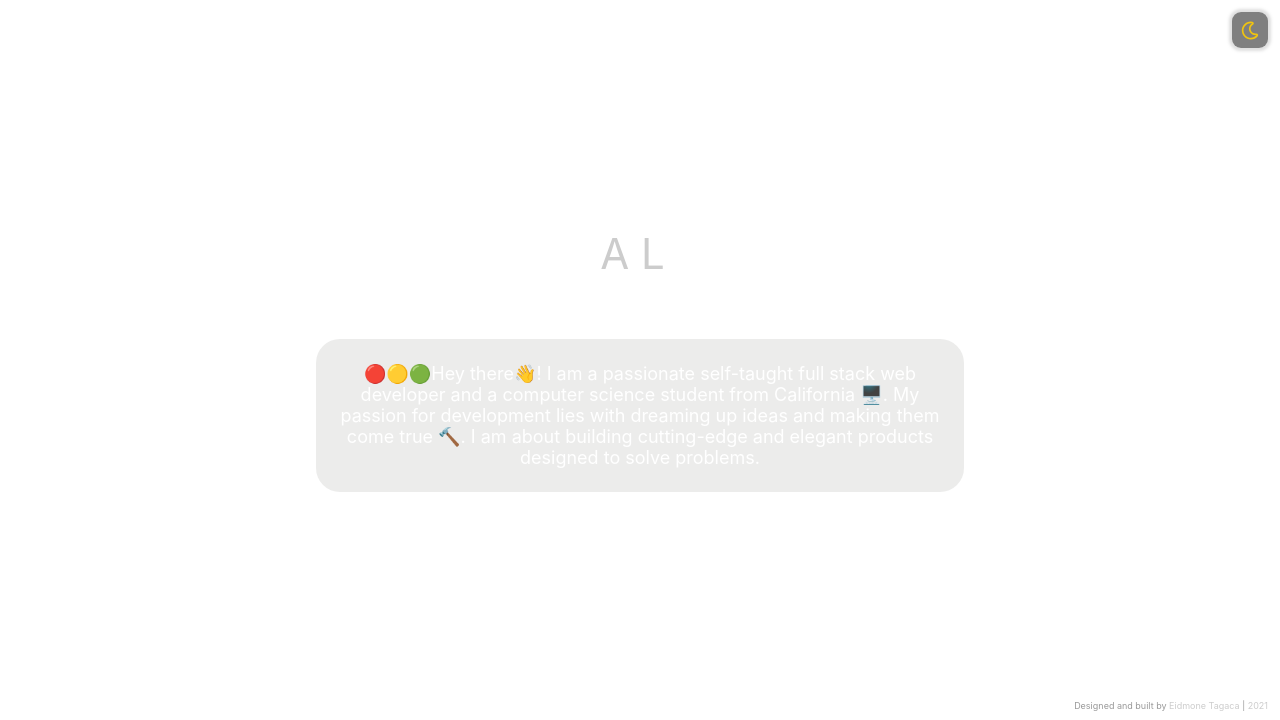
Repository: Tagaca19e/ET
Page: /
The author's editor kept a copy of each file at every save. The page is drawn from the files as they stood at one save, then again after the next save.
The browser window is 1280 px wide. The pictures show the whole page.
The project was rebuilt for these pictures with package versions that can differ from the ones it lists, and the page was loaded fresh each time. Also part of the build but not shown: src/icons/Sun.jsx, src/icons/Resume.jsx.

Above is the page before, as saved 2021-07-22 23:40:08.

### public/index.html
<!DOCTYPE html>
<html lang="en">
  <head>
    <meta charset="utf-8" />

    <!-- <meta name="title" property="og:title" content="Adam Alston" />
    <meta
      name="description"
      property="og:description"c
      content="Source: https://github.com/adamalston/v2"
    />

    <meta property="og:site_name" content="Personal Website" />
    <meta property="og:url" content="http://www.adamalston.com/" />
    <meta property="og:locale" content="en_US" />
    <meta property="og:image" content="https://git.io/JUWDe" />
    <meta property="og:image:type" content="image/png" />
    <meta property="og:image:width" content="1280" />
    <meta property="og:image:height" content="640" />
    <meta property="og:image:alt" content="adamalston.com" />
    <meta property="og:type" content="website" /> -->

    <link rel="icon" href="%PUBLIC_URL%/favicon.svg" />
    <link rel="canonical" href="https://adamalston.com" />
    <link rel="apple-touch-icon" href="%PUBLIC_URL%/favicon.svg" />
    <link rel="manifest" href="%PUBLIC_URL%/manifest.webmanifest" />

    <title>Eidmone</title>
  </head>
  <body>
    <noscript>
      Enable JavaScript to see this website.
      <a href="https://github.com/Tagaca19e/ET"> Source</a>
    </noscript>
    <div id="root"></div>
  </body>
</html>

### src/App/App.jsx
import React from "react";

import { ThemeProvider } from "./AppContext";
import { Toggle, Content, Buttons, Footer, Particles } from "./../components";
import "./app.scss";

const App = () => {
  return (
    <ThemeProvider>
      <div className="app">
        <Toggle />
        <Content />
        <Buttons />
        <Footer />
        <Particles />
      </div>
    </ThemeProvider>
  );
};

export default App;

### src/App/AppContext.jsx
import React, { createContext } from 'react';

import usePersistentState from './../hooks/PersistentState';
import { dark, light } from '../themes/Theme';

export const AppContext = createContext({
  isDark: Boolean,
  setIsDark: () => {},
});

export const ThemeProvider = ({ children }) => {
  const [isDark, setIsDark] = usePersistentState('theme', true); // default: dark mode
  const theme = isDark ? dark : light;

  const isMobile = window.matchMedia('(max-device-width: 820px) and (-webkit-min-device-pixel-ratio: 2)').matches;

  return <AppContext.Provider value={{ isDark, setIsDark, theme, isMobile }}>{children}</AppContext.Provider>;
};

### src/components/index.jsx
export * from "./Toggle";
export * from "./Content";
export * from "./Buttons";
export * from "./Footer";
export * from "./Particles";

### src/App/app.scss
html {
  overflow: hidden;
  font-size: 12px;
  font-family: -apple-system, BlinkMacSystemFont, 'Helvetica Neue', 'Segoe UI', Roboto, Oxygen, Ubuntu, Cantarell, 'Open Sans', sans-serif;
}

body {
  margin: 0;
  padding: 0;
  -webkit-font-smoothing: antialiased;
  -moz-osx-font-smoothing: grayscale;
}

.app {
  margin: 0;
  width: 100vw;
  height: 100vh;
  display: flex;
  flex-direction: column;
  align-items: center;
  justify-content: center;
  text-align: center;
}

### src/hooks/PersistentState.jsx
import { useEffect, useState } from 'react';

const usePersistentState = (key, defaultValue) => {
  const [state, setState] = useState(() => {
    const persistentState = localStorage.getItem(key);
    return persistentState ? JSON.parse(persistentState) : defaultValue;
  });

  useEffect(() => {
    window.localStorage.setItem(key, JSON.stringify(state));
  }, [state, key]);

  return [state, setState];
};

export default usePersistentState;

### src/themes/Theme.jsx
export const dark = {
  key: 'dark',
  primaryTextColor: '#FFF',
  secondaryTextColor: '#CCC',
  tertiaryTextColor: '#999',
  background: '#000',
  shadowColor: 'rgba(0, 0, 0, 0.5)',
};

export const light = {
  key: 'light',
  primaryTextColor: '#000',
  secondaryTextColor: '#333',
  tertiaryTextColor: '#777',
  background: '#FFF',
  shadowColor: 'rgba(255, 255, 255, 0.5)',
};

### src/components/Toggle.jsx
import React, { useContext } from 'react';
import styled from 'styled-components';

import { AppContext } from './../App/AppContext';
import { Moon, Sun } from './../icons';

const T = {
  Container: styled.main`
    position: fixed;
    z-index: 1;
    top: 1rem;
    right: 1rem;
    display: flex;
    flex: 1;
    align-items: center;
    justify-content: center;

    :active {
      -webkit-transform: scale(0.9);
      transform: scale(0.9);
    }
  `,
  Toggle: styled.input`
    display: none;
  `,
  Switch: styled.label`
    cursor: pointer;
    display: flex;
    width: 1.5rem;
    height: 1.5rem;
    padding: 0.75rem;
    background-color: ${({ theme }) => theme.shadowColor};
    border-radius: 25%;
    box-shadow: 0 0 0.25rem 0.25rem rgba(128, 128, 128, 0.25);
    align-items: center;
    justify-content: center;
    transition: background-color 0.5s linear;
    font-size: 0.5rem;
  `,
};

export const Toggle = () => {
  const { isDark, setIsDark, theme } = useContext(AppContext);

  return (
    <T.Container>
      <T.Toggle id='toggle' name='toggle' type='checkbox' checked={isDark} onChange={(e) => setIsDark(e.target.checked)} />
      <T.Switch theme={theme} htmlFor='toggle'>
        {isDark ? <Moon /> : <Sun />}
      </T.Switch>
    </T.Container>
  );
};

### src/components/Content.jsx
import React, { useContext } from "react";
import styled, { css } from "styled-components";
import TextLoop from "react-text-loop";

import { AppContext } from "./../App/AppContext";
import Typewriter from "typewriter-effect";

const sharedStyles = css`
  transition: color 0.5s linear;
  font-weight: normal;
  position: relative;
  z-index: 1;
`;

const C = {
  Name: styled.h1`
    ${sharedStyles};
    font-size: 6rem;
    margin: 0 0 3.5rem;
    color: ${({ theme }) => theme.primaryTextColor};
    @media only screen and (max-device-width: 820px) and (-webkit-min-device-pixel-ratio: 2) {
      font-size: 4.5rem;
    }
  `,
  Title: styled.h2`
    ${sharedStyles};
    font-size: 3.5rem;
    margin: 4rem 0;
    color: ${({ theme }) => theme.secondaryTextColor};
    @media only screen and (max-device-width: 820px) and (-webkit-min-device-pixel-ratio: 2) {
      font-size: 2.5rem;
    }
  `,
  Skills: styled.h3`
    ${sharedStyles};
    font-size: 1.5rem;
    margin: 5rem 0;
    color: ${({ theme }) => theme.primaryTextColor};
    max-width: 50rem;
    background: rgba(138, 138, 134, 0.16);
    border-radius: 2rem;
    font-style: bold;
    padding: 2rem;

    @media only screen and (max-device-width: 820px) and (-webkit-min-device-pixel-ratio: 2) {
      font-size: 1.5rem;
    }
  `,
};

function Type() {
  return (
    <Typewriter
      options={{
        strings: [
          "A Developer",
          "A Leader",
          "A Team Player",
          "A Hard Worker",
          "A Problem Solver",
          "A Student",
        ],
        autoStart: true,
        loop: true,
        deleteSpeed: 50,
      }}
    />
  );
}

export const Content = () => {
  const { theme } = useContext(AppContext);

  return (
    <div>
      <C.Name theme={theme} data-v2="name" aria-label="My name is Adam Alston">
        Eidmone Tagaca
      </C.Name>
      <C.Title
        theme={theme}
        data-v2="title"
        aria-label="I am a software engineer"
      >
        <Type
          theme={theme}
          data-v2="title"
          aria-label="I am a software engineer"
        />
      </C.Title>
      <C.Skills
        theme={theme}
        data-v2="skills"
        aria-label="My name is Adam Alston"
      >
        <p1>
          {" "}
          🔴🟡🟢Hey there👋! I am a passionate self-taught full stack web
          developer and a computer science student from California 🖥️. My
          passion for development lies with dreaming up ideas and making them
          come true 🔨. I am about building cutting-edge and elegant products
          designed to solve problems.
        </p1>
        {/* <TextLoop interval={3000} delay={2000}>
          {[
            "Javascript  ",
            "Nodejs      ",
            "React       ",
            "Expressjs   ",
            "React Native",

            // "Cinema 4D",
          ].map((text) => (
            <span key={text}>{text}</span>
          ))}
        </TextLoop> */}
      </C.Skills>
    </div>
  );
};

### src/components/Buttons.jsx
import React, { useContext } from "react";
import styled from "styled-components";

import { AppContext } from "./../App/AppContext";
import { GitHub, LinkedIn, Resume, Email } from "./../icons";

const Container = styled.div`
  a,
  a:active,
  a:hover {
    outline: 0;
  }

  .button-container {
    display: inline-block;
    height: 6rem;
    width: 6rem;
    margin: 0 1.75rem;
  }

  .button {
    transition: color 0.5s linear;
    height: 6rem;
    width: 6rem;
    color: ${({ theme }) => theme.primaryTextColor};
    display: table-cell;
    vertical-align: middle;
    text-align: center;
    text-decoration: none;
    position: relative;
    z-index: 1;
    border-radius: 25%;
  }

  .icon {
    height: 4.5rem;
    width: 4.5rem;
    padding: 1rem;
  }

  .icon_title {
    font-size: 1.25rem;
  }

  .button:hover {
    background-color: ${({ theme }) => theme.shadowColor};
    box-shadow: 0 0 0.75rem 0.75rem rgba(128, 128, 128, 0.25);
  }

  .button:active {
    -webkit-transform: scale(0.9);
    transform: scale(0.9);
  }

  .button-container .icon_title {
    display: none;
  }

  .button-container:hover .icon_title {
    display: initial;
  }

  .button-container:hover .icon {
    display: none;
  }

  @media only screen and (max-device-width: 820px) and (-webkit-min-device-pixel-ratio: 2) {
    .button-container {
      height: 5rem;
      width: 5rem;
      margin: 0 0.8rem;
    }

    .button {
      height: 5rem;
      width: 5rem;
    }

    .icon {
      height: 4rem;
      width: 4rem;
      padding: 0.5rem;
    }

    .icon_title {
      font-size: 1rem;
    }
  }
`;

export const Buttons = () => {
  const { theme } = useContext(AppContext);

  const DATA = [
    {
      href: "https://github.com/Tagaca19e",
      aria: "Visit my GitHub profile",
      icon: <GitHub />,
      label: "GitHub",
    },
    {
      href: "https://www.linkedin.com/in/eidmone-tagaca-6ab45717b/",
      aria: "Visit my LinkedIn profile",
      icon: <LinkedIn />,
      label: "LinkedIn",
    },
    {
      href: "mailto:etagaca@csub.edu",
      aria: "Send me an email with this template",
      icon: <Email />,
      label: "Email",
    },
  ];

  return (
    <Container theme={theme}>
      {DATA.map(({ href, aria, icon, label }, i) => (
        <span className="button-container" key={i}>
          <a
            className="button"
            href={href}
            target="_self"
            aria-label={aria}
            rel="noopener noreferrer"
          >
            <div className="icon">{icon}</div>
            <span className="icon_title" data-v2={label}>
              {label}
            </span>
          </a>
        </span>
      ))}
    </Container>
  );
};

### src/components/Footer.jsx
import React, { useContext } from "react";
import styled from "styled-components";

import { AppContext } from "./../App/AppContext";

const F = {
  Container: styled.div`
    position: absolute;
    bottom: 0;
    right: 0;
    font-size: 0.75rem;
    padding-right: ${({ isMobile }) => (isMobile ? "1.5rem" : "1rem")};
    z-index: 1;
  `,
  Text: styled.p`
    transition: color 0.5s linear;
    color: ${({ theme }) => theme.tertiaryTextColor};
  `,
  Link: styled.a`
    transition: color 0.5s linear;
    text-decoration: none;
    color: ${({ theme }) => theme.secondaryTextColor};
  `,
};

export const Footer = () => {
  const { theme, isMobile } = useContext(AppContext);

  return (
    <F.Container isMobile={isMobile}>
      <F.Text theme={theme} aria-label="Designed and built by Adam Alston">
        Designed and built by&nbsp;
        <F.Link
          theme={theme}
          data-v2="creator"
          href="https://www.linkedin.com/in/eidmone-tagaca-6ab45717b/"
        >
          Eidmone Tagaca
        </F.Link>
        {isMobile ? (
          <></>
        ) : (
          <>
            &nbsp;|&nbsp;
            <F.Link
              theme={theme}
              data-v2="source"
              aria-label="Source code"
              href="https://github.com/jtagaca12/ET"
            >
              2021
            </F.Link>
          </>
        )}
      </F.Text>
    </F.Container>
  );
};

### src/components/Particles.jsx
import React, { useContext } from "react";
import styled from "styled-components";
import { Particles as ReactParticles } from "react-tsparticles";

import { AppContext } from "./../App/AppContext";

const P = {
  Container: styled.div`
    transition: background-color 0.5s linear;
    position: absolute;
    background-color: ${({ theme }) => theme.background};
    background-repeat: no-repeat;
    background-size: cover;
    background-position: 50% 50%;
    z-index: 0;
  `,
};

export const Particles = () => {
  const { theme } = useContext(AppContext);

  const OPTIONS = {
    particles: {
      number: {
        value: 100,
        density: {
          enable: true,
          area: 800,
        },
      },
      color: {
        value: ["c912ed", "00bfff", "22dd22", "ffd500", "ff8000", "ff2600"],
      },
      shape: {
        type: "square",
        stroke: {
          width: 0,
          color: "000",
        },
        polygon: {
          nb_sides: 5,
        },
        image: {
          src: "img/github.svg",
          width: 100,
          height: 100,
        },
      },
      opacity: {
        value: 0.9,
        random: false,
        anim: {
          enable: false,
          speed: 1,
          opacity_min: 0.5,
          sync: false,
        },
      },
      size: {
        value: 4,
        random: {
          enable: true,
          minimumValue: 2,
        },
        anim: {
          enable: false,
          speed: 30,
          size_min: 0.1,
          sync: true,
        },
      },
      links: {
        enable: true,
        distance: 75,
        color: "999",
        opacity: 0.9,
        width: 1,
        consent: false,
        blink: false,
      },
      move: {
        enable: true,
        speed: 2,
        direction: "none",
        random: false,
        straight: false,
        out_mode: "bounce",
        bounce: false,
        attract: {
          enable: false,
          rotateX: 600,
          rotateY: 1200,
        },
      },
    },
    interactivity: {
      detect_on: "canvas",
      events: {
        onhover: {
          enable: true,
          mode: "repulse",
        },
        onclick: {
          enable: true,
          mode: "push",
        },
        resize: true,
      },
      modes: {
        attract: {
          distance: 100,
          duration: 1,
          speed: 5,
        },
        bubble: {
          distance: 400,
          size: 40,
          duration: 2,
          opacity: 8,
          speed: 3,
        },
        grab: {
          distance: 400,
          line_linked: {
            opacity: 1,
          },
        },
        push: {
          particles_nb: 3,
        },
        remove: {
          particles_nb: 2,
        },
        repulse: {
          distance: 100,
          duration: 1,
        },
      },
    },
    retina_detect: true,
    fpsLimit: 60,
    // 3m@62^K^88745%
  };

  return (
    <P.Container theme={theme}>
      <ReactParticles width="100vw" height="100vh" options={OPTIONS} />
    </P.Container>
  );
};

### src/icons/index.jsx
export * from './Moon';
export * from './Sun';
export * from './GitHub';
export * from './LinkedIn';
export * from './Resume';
export * from './Email';

### src/icons/Moon.jsx
import React from 'react';

export const Moon = () => (
  <svg role='img' viewBox='0 0 512 512' xmlns='http://www.w3.org/2000/svg' height='4.5em' width='4.5em'>
    <title>Moon Icon</title>
    <path fill='#F1C40F' d='M279.135 512c78.756 0 150.982-35.804 198.844-94.775 28.27-34.831-2.558-85.722-46.249-77.401-82.348 15.683-158.272-47.268-158.272-130.792 0-48.424 26.06-92.292 67.434-115.836 38.745-22.05 29-80.788-15.022-88.919A257.936 257.936 0 00279.135 0c-141.36 0-256 114.575-256 256 0 141.36 114.576 256 256 256zm0-464c12.985 0 25.69 1.201 38.016 3.478-54.76 31.163-91.693 90.042-91.693 157.554 0 113.848 103.641 199.2 215.252 177.944C402.574 433.964 344.366 464 279.135 464c-114.875 0-208-93.125-208-208s93.125-208 208-208z'/>
  </svg>
);

### src/icons/GitHub.jsx
import React from 'react';

export const GitHub = () => (
  <svg role='img' viewBox='0 0 512 512' xmlns='http://www.w3.org/2000/svg'>
    <title>GitHub Icon</title>
    <path fill='currentColor' d='M296.133 354.174c49.885-5.891 102.942-24.029 102.942-110.192 0-24.49-8.624-44.448-22.67-59.869 2.266-5.89 9.515-28.114-2.734-58.947 0 0-18.139-5.898-60.759 22.669-18.139-4.983-38.09-8.163-56.682-8.163-19.053 0-39.011 3.18-56.697 8.163-43.082-28.567-61.22-22.669-61.22-22.669-12.241 30.833-4.983 53.057-2.718 58.947-14.061 15.42-22.677 35.379-22.677 59.869 0 86.163 53.057 104.301 102.942 110.192-6.344 5.452-12.241 15.873-14.507 30.387-12.702 5.438-45.808 15.873-65.758-18.592 0 0-11.795-21.31-34.012-22.669 0 0-22.224-.453-1.813 13.592 0 0 14.96 6.812 24.943 32.653 0 0 13.6 43.089 76.179 29.48v38.543c0 5.906-4.53 12.702-15.865 10.89C96.139 438.977 32.2 354.626 32.2 255.77c0-123.807 100.216-224.022 224.03-224.022 123.347 0 224.023 100.216 223.57 224.022 0 98.856-63.946 182.754-152.828 212.688-11.342 2.266-15.873-4.53-15.873-10.89V395.45c.001-20.873-6.811-34.465-14.966-41.276zM512 256.23C512 114.73 397.263 0 256.23 0 114.73 0 0 114.73 0 256.23 0 397.263 114.73 512 256.23 512 397.263 512 512 397.263 512 256.23z'/>
  </svg>
);

### src/icons/LinkedIn.jsx
import React from 'react';

export const LinkedIn = () => (
  <svg role='img' viewBox='0 0 512 512' xmlns='http://www.w3.org/2000/svg'>
    <title>LinkedIn Icon</title>
    <path fill='currentColor' d='M160.008 423h-70V197h70zm6.984-298.004c0-22.629-18.36-40.996-40.976-40.996C103.312 84 85 102.367 85 124.996 85 147.633 103.313 166 126.016 166c22.617 0 40.976-18.367 40.976-41.004zM422 298.664C422 237.996 409.184 193 338.312 193c-34.054 0-56.914 17.031-66.246 34.742H272V197h-68v226h68V310.79c0-29.388 7.48-57.856 43.906-57.856 35.93 0 37.094 33.605 37.094 59.722V423h69zM512 452V60c0-33.086-26.914-60-60-60H60C26.914 0 0 26.914 0 60v392c0 33.086 26.914 60 60 60h392c33.086 0 60-26.914 60-60zM455.26 32C466.694 32 480 45.305 480 56.74v398.52c0 11.435-13.305 24.74-24.74 24.74H56.74C45.306 480 32 466.695 32 455.26V56.74C32 45.306 45.305 32 56.74 32zM452 40'/>
  </svg>
);

### src/icons/Email.jsx
import React from 'react';

export const Email = () => (
  <svg role='img' viewBox='0 0 512 512' xmlns='http://www.w3.org/2000/svg'>
    <title>Email Icon</title>
    <path fill='currentColor' d='M464.004 4.326L15.986 262.714c-23 13.3-20.7 47.198 3.8 57.297l140.206 57.997v101.996c0 30.198 37.802 43.298 56.702 20.299l60.703-73.797L403.8 478.704c19.101 7.9 40.702-4.2 43.802-24.7l64.003-417.08c4.1-26.698-24.601-45.897-47.602-32.598zm-272.01 475.678v-88.796l54.501 22.499zm224.008-30.899l-206.208-85.196L409.302 128.12c4.8-5.6-2.9-13.199-8.5-8.4l-255.31 217.59-113.505-46.797L480.004 32.025z'/>
  </svg>
);

Loaded but not shown: src/index.jsx (common file)

After the next save:
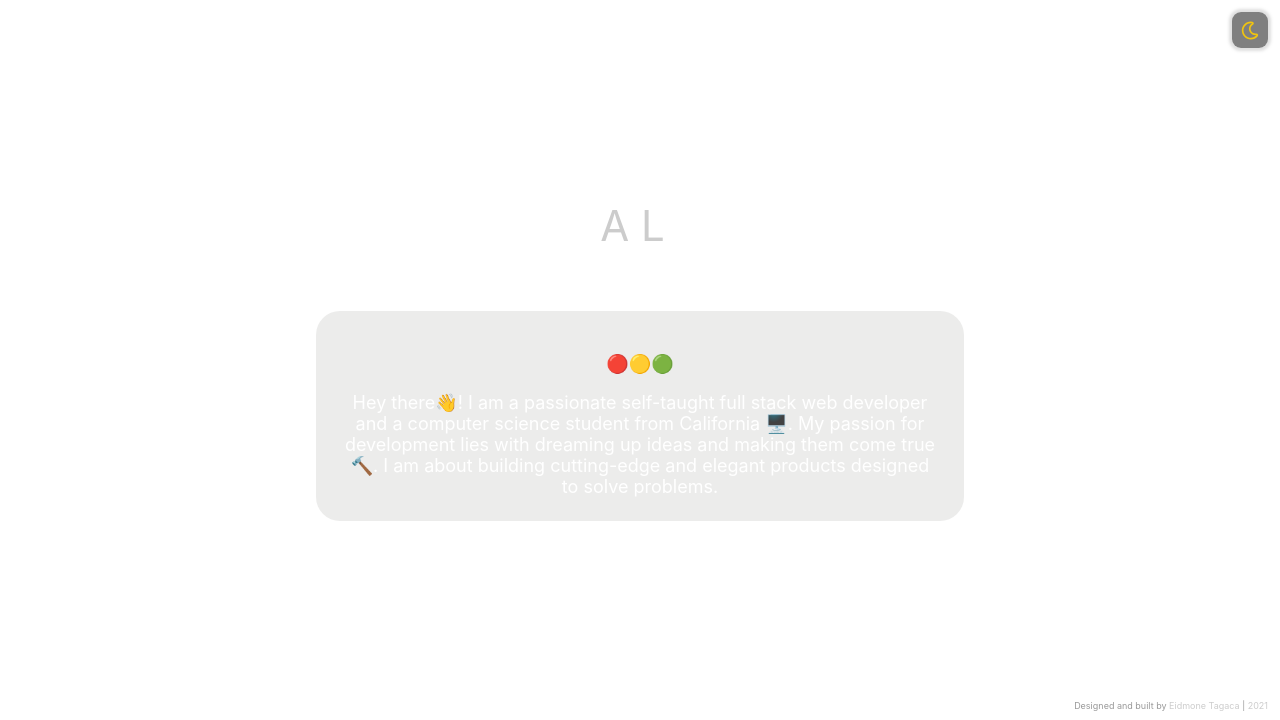
Saved 42 s later.
--- a/src/components/Content.jsx
+++ b/src/components/Content.jsx
@@ -92,13 +92,14 @@ export const Content = () => {
         data-v2="skills"
         aria-label="My name is Adam Alston"
       >
+        <p> 🔴🟡🟢</p>
         <p1>
           {" "}
-          🔴🟡🟢Hey there👋! I am a passionate self-taught full stack web
-          developer and a computer science student from California 🖥️. My
-          passion for development lies with dreaming up ideas and making them
-          come true 🔨. I am about building cutting-edge and elegant products
-          designed to solve problems.
+          Hey there👋! I am a passionate self-taught full stack web developer
+          and a computer science student from California 🖥️. My passion for
+          development lies with dreaming up ideas and making them come true 🔨.
+          I am about building cutting-edge and elegant products designed to
+          solve problems.
         </p1>
         {/* <TextLoop interval={3000} delay={2000}>
           {[
